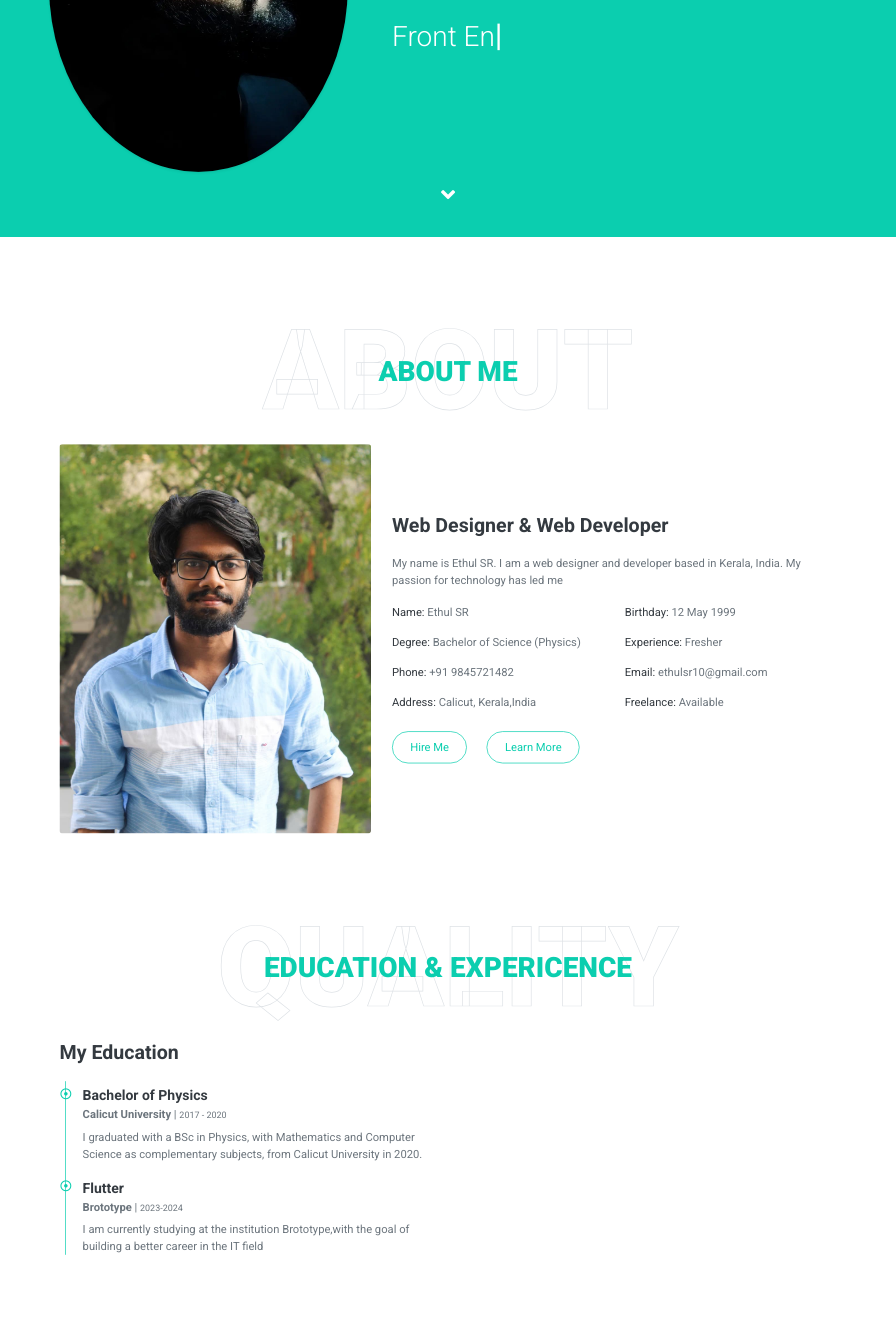
Repository: ethulsr/My-Portfolio-Website
Page: index.html
An editor plug-in stored every save of this project. The page is shown before and after the next save, followed by the edit.
The browser window is 1280 px wide. The pictures show the part of the page from y = 382 to 2302 px (the page is 4423 px tall), at 70% of full size.
Some web libraries are served in a nearby version.

Above is the page before, as saved 2024-09-24 21:56:46.

After the next save:
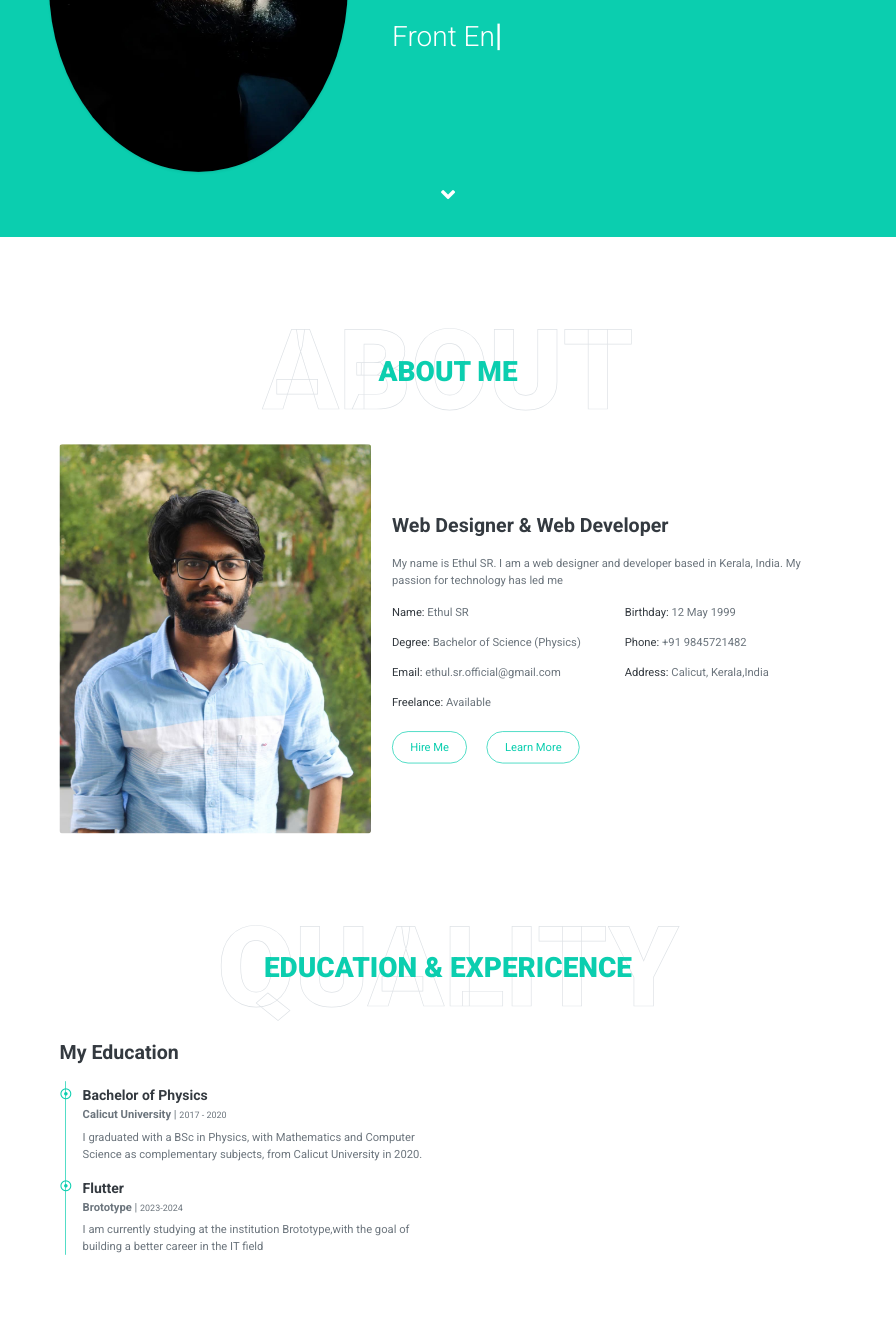
Saved 2 min 51 s later.
--- a/index.html
+++ b/index.html
@@ -110,9 +110,8 @@
                         <div class="col-sm-6 py-2"><h6>Name: <span class="text-secondary">Ethul SR</span></h6></div>
                         <div class="col-sm-6 py-2"><h6>Birthday: <span class="text-secondary">12 May 1999</span></h6></div>
                         <div class="col-sm-6 py-2"><h6>Degree: <span class="text-secondary">Bachelor of Science (Physics)</span></h6></div>
-                        <div class="col-sm-6 py-2"><h6>Experience: <span class="text-secondary">Fresher</span></h6></div>
                         <div class="col-sm-6 py-2"><h6>Phone: <span class="text-secondary">+91 9845721482</span></h6></div>
-                        <div class="col-sm-6 py-2"><h6>Email: <span class="text-secondary">ethulsr10@gmail.com</span></h6></div>
+                        <div class="col-sm-6 py-2"><h6>Email: <span class="text-secondary">ethul.sr.official@gmail.com</span></h6></div>
                         <div class="col-sm-6 py-2"><h6>Address: <span class="text-secondary">Calicut, Kerala,India</span></h6></div>
                         <div class="col-sm-6 py-2"><h6>Freelance: <span class="text-secondary">Available</span></h6></div>
                     </div>
